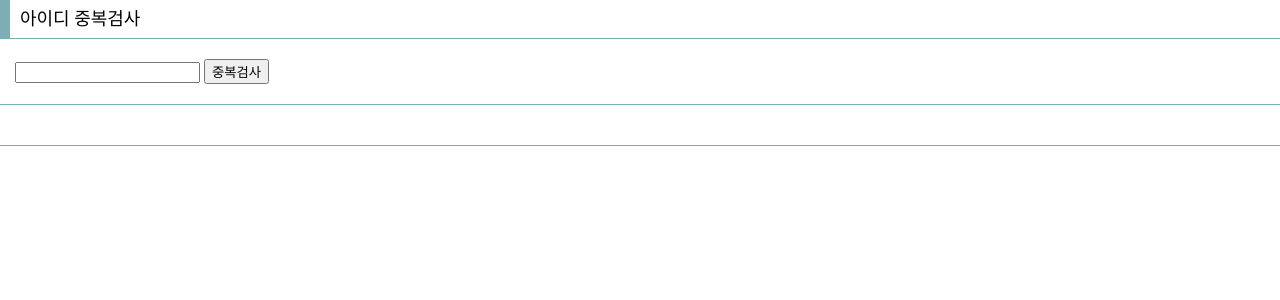
Repository: Choiinhwan11/JAVA
Page: Web/workspace/AJax_jQuery/src/main/webapp/02_xml/exam04.html
The author's editor kept a copy of each file at every save. The page is drawn from the files as they stood at one save, then again after the next save.
The browser window is 1280 px wide. The pictures show the whole page.

Above is the page before, as saved 2024-02-16 07:50:20.

### Web/workspace/AJax_jQuery/src/main/webapp/02_xml/exam04.html
<!DOCTYPE html>
<html>
<head>
<meta charset="UTF-8">
<title>Insert title here</title>
<link rel="stylesheet" href="../css/common.css">
<link rel="stylesheet" href="../css/reset.css">
</head>
<body>
	<h1 class="title">아이디 중복검사</h1>
	<div class="exec">
	   <input type="text" name="user_id"/>
	   <input type="button" id="checkId" value="중복검사"/>
	 	</div>
	   <div class="console" id="result"></div>
	<script src="http://code.jQuery.com/jquery-3.7.1.min.js"></script>
	 <script>
	   $(function(){
		   $('#checkId').click(function(){
			  var user_id = $('input[name="user_id"]').val();
			  if(!user_id){
				  alert("아이디를 입력하세요.");
				  $('input[name="user_id"]').focus();
				  return false;
			  }
			  $.get('../checkId/checkId.jsp', {'user_id' : user_id}, function(data){
				  console.log(data);
				  var result_txt = $(data).find('result').text();
				  //"true" => true 변환, 문자열 =>boolean 변환
				  var result=  eval("25 + 3");
				  if(result){
					  $('.console').html('<span style="color: red; font-weight: bold;">사용 불가능한 아이디</span>');
				  }else{
					  $('.console').html('<span style="color: red; font-weight: bold;">사용 가능한 아이디</span>');
				  }
			  });
		   });
	   });
	 </script>
</body>
</html>

### Web/workspace/AJax_jQuery/src/main/webapp/css/common.css
@charset "UTF-8";

html, body {
	width: 100%;
	height: 100%;
}

h1.title {
	font-size: large;
	border-left: 10px solid #7BAEB5;
	border-bottom: 1px solid #7BAEB5;
	padding: 10px;
	width: auto;
	background-color: #fff;
}

div.exec, div.console {
	padding: 20px 15px;
	border-bottom: 1px solid #7BAEB5;
}

div.console {
	font-family: 'Courier New';
	font-size: 12px;
	font-style: italic;
	line-height: 130%;
}

div.example {
	padding: 10px 30px;
}

### Web/workspace/AJax_jQuery/src/main/webapp/css/reset.css
@charset "UTF-8";

html, body, div, span, applet, object, iframe,
h1, h2, h3, h4, h5, h6, p, blockquote, pre,
a, abbr, acronym, address, big, cite, code,
del, dfn, em, img, ins, kbd, q, s, samp,
small, strike, strong, sub, sup, tt, var,
b, u, i, center,
dl, dt, dd, ol, ul, li,
fieldset, form, label, legend,
table, caption, tbody, tfoot, thead, tr, th, td,
article, aside, canvas, details, embed,
figure, figcaption, footer, header, hgroup,
menu, nav, output, ruby, section, summary,
time, mark, audio, video {
	margin: 0;
	padding: 0;
	border: 0;
	font-size: 100%;
	font: inherit;
	vertical-align: baseline;
}
/* HTML5 display-role reset for older browsers */
article, aside, details, figcaption, figure,
footer, header, hgroup, menu, nav, section {
	display: block;
}
body {
	line-height: 1;
}
ol, ul {
	list-style: none;
}
blockquote, q {
	quotes: none;
}
blockquote:before, blockquote:after,
q:before, q:after {
	content: '';
	content: none;
}
table {
	border-collapse: collapse;
	border-spacing: 0;
}

After the next save:
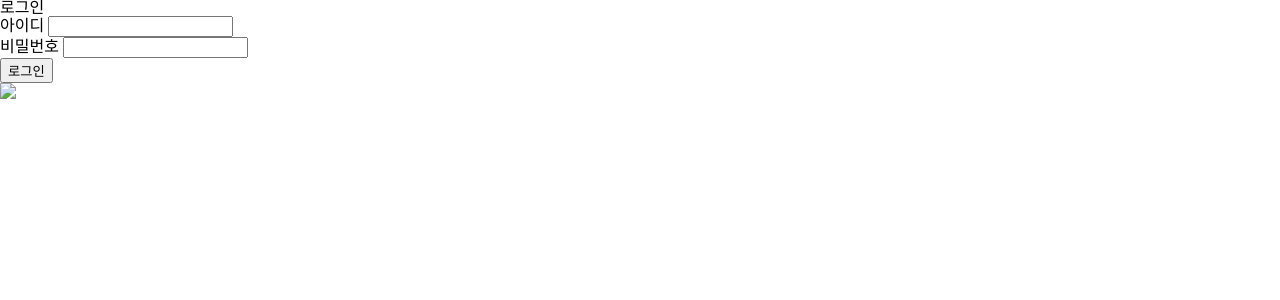
Not found: Web/workspace/AJax_jQuery/src/main/webapp/img/Loader.gif
Saved 3 min 29 s later.
--- a/Web/workspace/AJax_jQuery/src/main/webapp/02_xml/exam04.html
+++ b/Web/workspace/AJax_jQuery/src/main/webapp/02_xml/exam04.html
@@ -7,12 +7,26 @@
 <link rel="stylesheet" href="../css/reset.css">
 </head>
 <body>
-	<h1 class="title">아이디 중복검사</h1>
-	<div class="exec">
-	   <input type="text" name="user_id"/>
-	   <input type="button" id="checkId" value="중복검사"/>
-	 	</div>
-	   <div class="console" id="result"></div>
+	<form>
+
+		<fieldset>
+			<legend>로그인</legend>
+			<div>
+				<label for="user_id">아이디</label>
+				<input type="text" name="user_id" id="user_id">
+			</div>
+			<div>
+				<label for="user_password">비밀번호</label>
+				<input type="text" name="user_password" id="user_password">
+			</div>
+			<div>
+				<input type="submit" value="로그인">
+			</div>
+			<div class="Loader">
+				<img src="../img/Loader.gif">
+			</div>
+		</fieldset>
+	</form>
 	<script src="http://code.jQuery.com/jquery-3.7.1.min.js"></script>
 	 <script>
 	   $(function(){
@@ -39,3 +53,30 @@
 	 </script>
 </body>
 </html>
+<!--
+.done() / .fail()의 형태
+
+$.ajax({
+  url: 'URL',
+  type: 'POST',
+  data: yourData,
+  datatype: 'json'
+})
+.done(function(data, textStatus, xhr) { });
+.fail(function(xhr, textStatus, errorThrown) { });
+.always(function(data|xhr, textStatus, xhr|errorThrown) { });
+.then(function(data, textStatus, xhr|errorThrown) { });
+
+2. $(this).serialize()
+- 데이터를 보내기 위해 폼 요소 집합을 문자열로 인코딩한다.
+- 표준 URL-encoded 표기법으로 텍스트 문자열을 만든다.
+- 폼 요소 집합을 표현하는 jQuery 객체를 이용한다.
+  $('form').submit(
+   function() {
+      alert($(this).serialize());
+      return false;
+    }
+  );
+- 표준형태의 쿼리스트링을 만든다.
+  => a=1&b=2&c=3&d=4
+ -->
